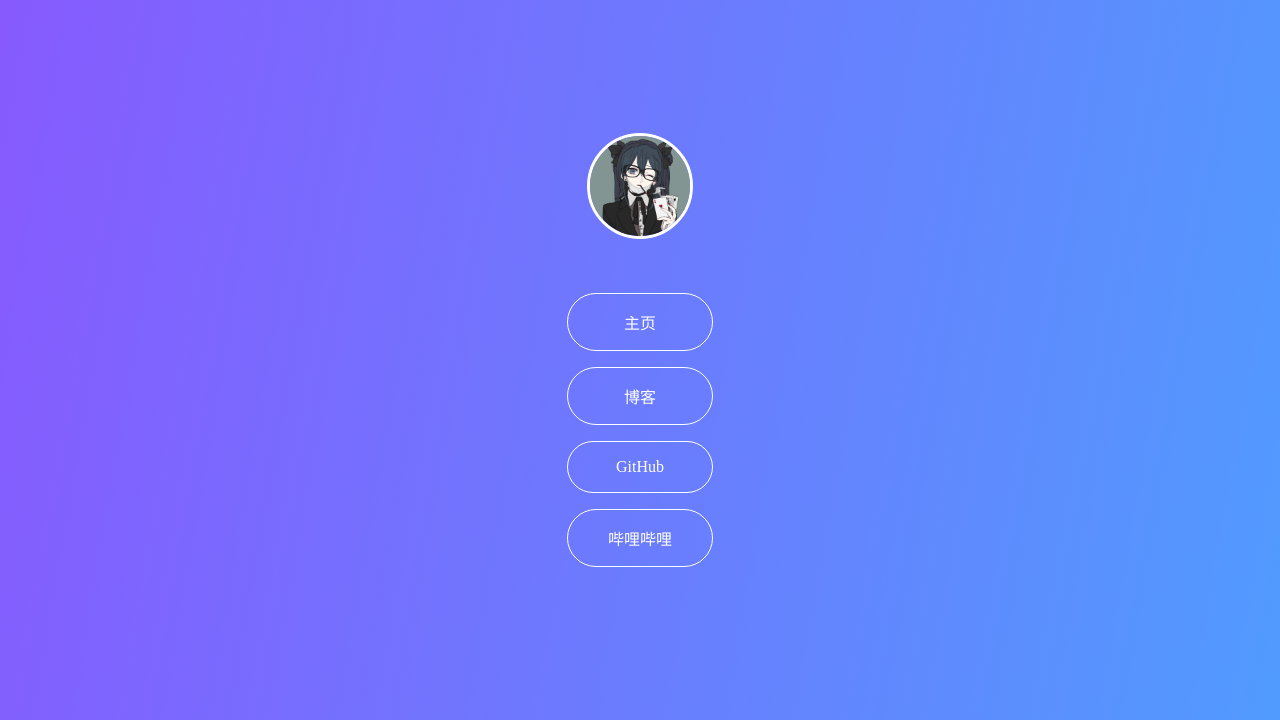
Repository: MarginLon/marginlon.github.io
Page: index.html
These files come from the project's save history. The page is drawn as it stood at one moment and after a run of saves; the edit follows.
The browser window is 1280 px wide. The pictures show the whole page.

Above is the page before, as saved 2022-09-24 09:50:56.

After the next 2 saves:
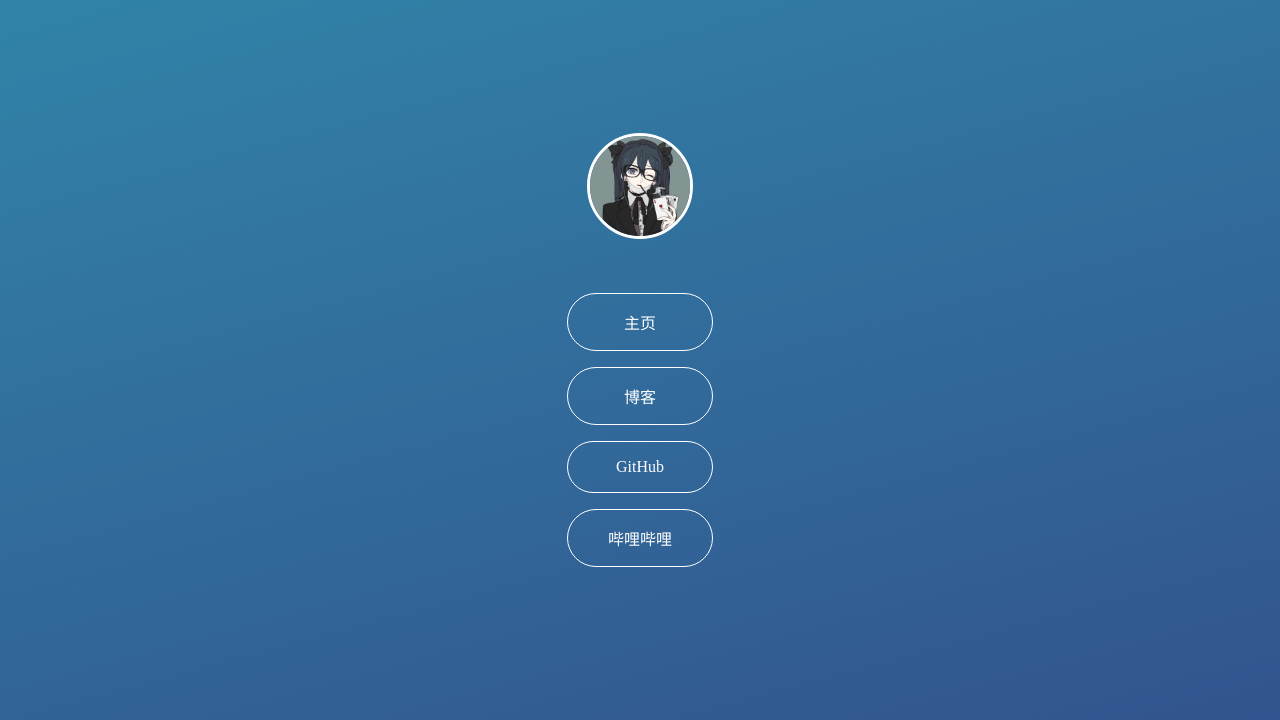
The 2 saves are shown as one change because they came seconds apart.
The last was saved 14 s later.
--- a/index.html
+++ b/index.html
@@ -50,8 +50,8 @@
             left: calc(50% - 1500px);
             animation: bg-rotate 15s infinite linear;
             /* background: linear-gradient(45deg, #20b57d 40%, #258ec5 60%); */
-            /* background: linear-gradient(45deg, #30cfd0 0%, #330867 100%); */
-            background-image: linear-gradient(-20deg, #b721ff 0%, #21d4fd 100%);
+            background: linear-gradient(45deg, #30cfd0 0%, #330867 100%);
+            /* background-image: linear-gradient(-20deg, #b721ff 0%, #21d4fd 100%); */
             /* background-image: linear-gradient(to top, #1e3c72 0%, #1e3c72 1%, #2a5298 100%); */
             /* background-image: linear-gradient(-225deg, #2CD8D5 0%, #6B8DD6 48%, #8E37D7 100%); */
             /* background-image: linear-gradient(to top, #0250c5 0%, #d43f8d 100%); */
